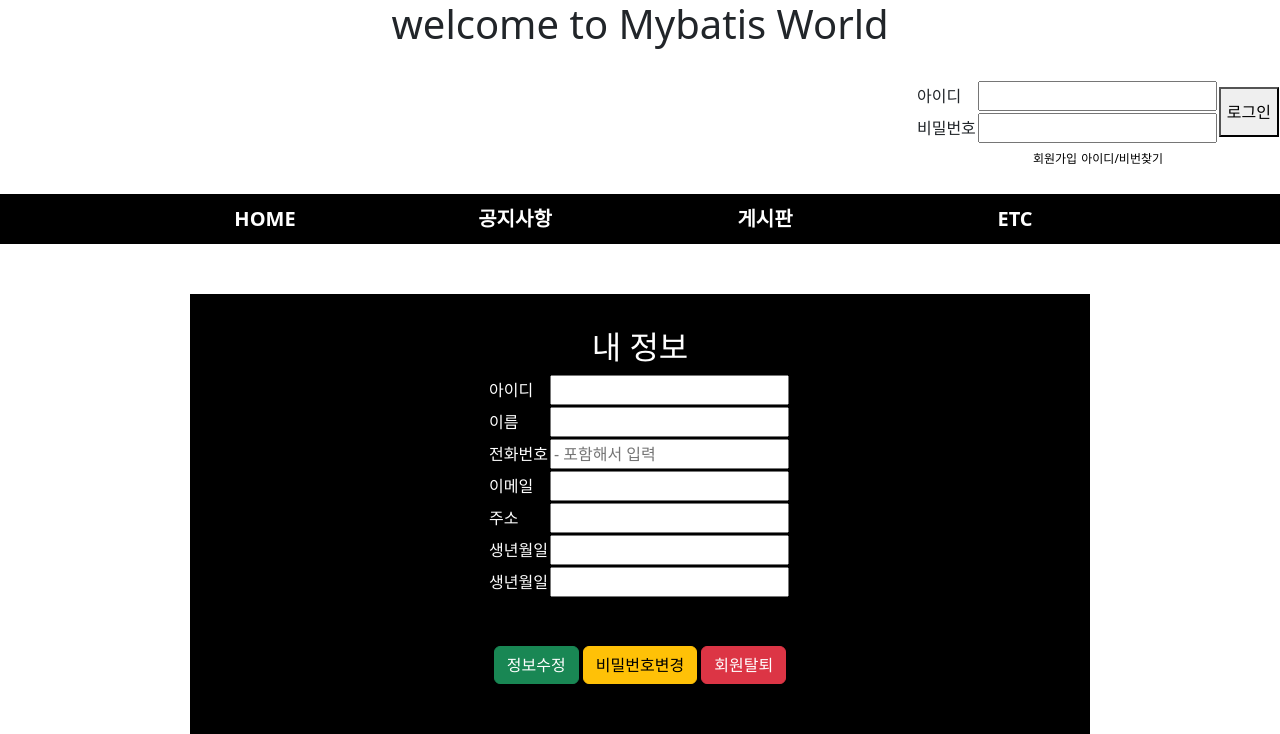
Repository: jchxnee/Juchan
Page: http://localhost/mybatisProject/mypage.me
These files come from the project's save history. The page is drawn as it stood at one moment and after a run of saves; the edit follows.
The browser window is 1280 px wide. The pictures show the whole page.
The page is served by Tomcat 10.

Above is the page before, as saved 2025-03-06 06:27:13.

After the next 2 saves:
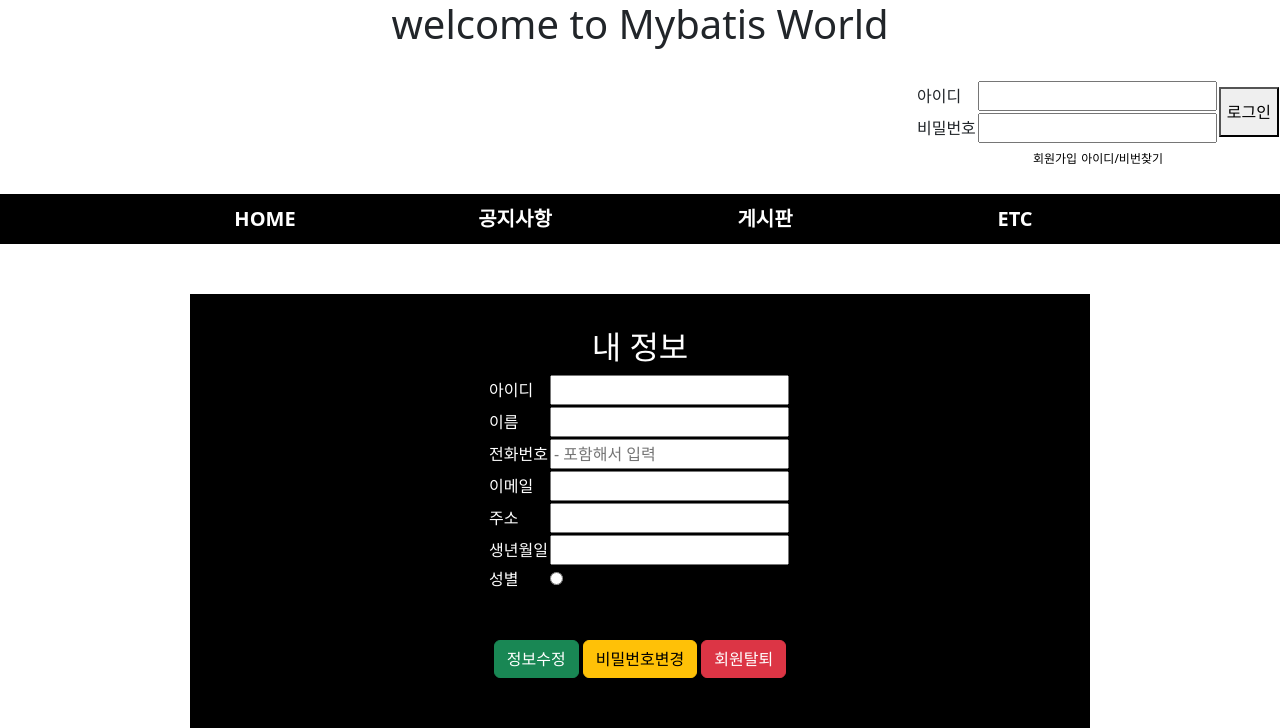
The 2 saves are shown as one change because they came seconds apart.
The last was saved 10 s later.
--- a/08_MyBatis/mybatisProject/src/main/webapp/views/member/myPage.jsp
+++ b/08_MyBatis/mybatisProject/src/main/webapp/views/member/myPage.jsp
@@ -71,8 +71,8 @@
                <td></td>
             </tr>
             <tr>
-               <td>생년월일</td>
-               <td><input type="text" name="birthday"
+               <td>성별</td>
+               <td><input type="radio" name="gender"
                   value="${loginUser.birthday}"></td>
                <td></td>
             </tr>
